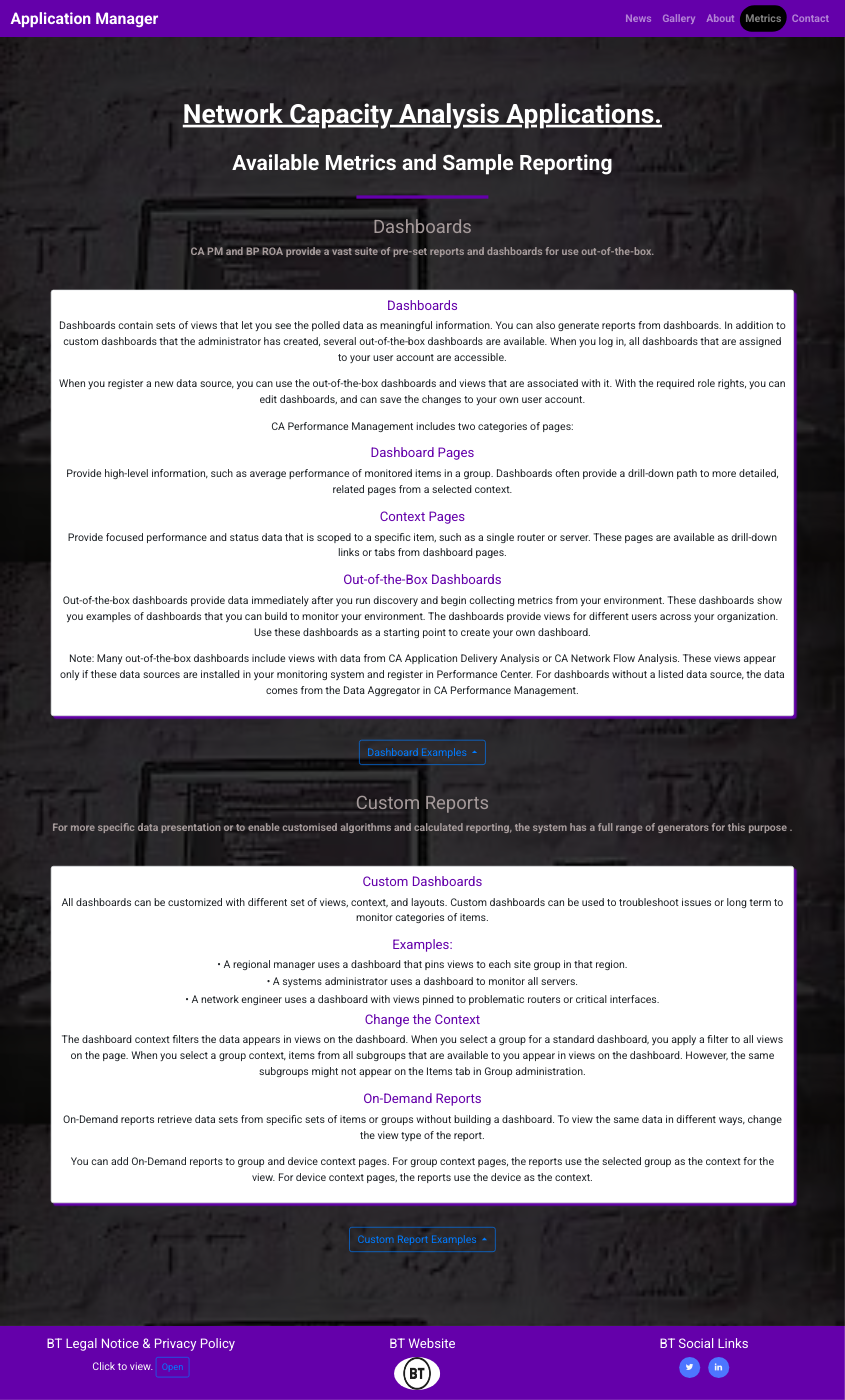
Repository: Mofarrell1967/Application-Manager
Page: metrics.html
The author's editor kept a record of every edit. The page is drawn from the files as they stood at one moment, then again after the next edit.
The browser window is 1280 px wide. The pictures show the whole page, at 66% of full size.
Backgrounds fixed to the window are drawn as part of the page. Some web libraries are served in a nearby version.

Above is the page before.

### metrics.html
<!DOCTYPE html>
<html lang="en-us">

<head>
    <meta charset="utf-8">
    <meta name="viewport" content="width=device-width, initial-scale=1.0">
    <link rel="stylesheet" href="https://maxcdn.bootstrapcdn.com/bootstrap/4.1.3/css/bootstrap.min.css">
    <link rel="stylesheet" href="https://use.fontawesome.com/releases/v5.6.1/css/all.css" integrity="sha384-gfdkjb5BdAXd+lj+gudLWI+BXq4IuLW5IT+brZEZsLFm++aCMlF1V92rMkPaX4PP" crossorigin="anonymous">
    <link rel="stylesheet" href="https://stackpath.bootstrapcdn.com/font-awesome/4.7.0/css/font-awesome.min.css" type="text/css" />
    <link href="https://fonts.googleapis.com/css?family=Roboto:400,700" rel="stylesheet">
    <link rel="stylesheet" href="assets/css/main.css" type="text/css" />
    <title>Application Manager</title>
</head>

<body>


    <!-- Nav Bar Start -->

    <nav class="navbar no-gutters fixed-top navbar-dark navbar-expand-sm">
        <a href="index.html" class="navbar-brand" data-toggle="tooltip" title="Home">Application Manager</a>
        <ul class="navbar-nav navbar-brand"></ul>

        <button class="navbar-toggler ml-auto" type="button" data-toggle="collapse" data-target="#navbarNavDropdown" aria-controls="navbarNavDropdown" aria-expanded="false">
        <span class="navbar-toggler-icon"></span></button>

        <div class="collapse navbar-collapse" id="navbarNavDropdown">
            <ul class="navbar-nav ml-auto">
                <li class="nav-item" data-toggle="collapse" data-target=".navbar-collapse.show"><a class="nav-link scroll" href="index.html#news">News</a></li>
                <li class="nav-item" data-toggle="collapse" data-target=".navbar-collapse.show"><a class="nav-link scroll" href="index.html#gallery">Gallery</a></li>
                <li class="nav-item"><a class="nav-link" href="about.html">About</a></li>
                <li class="nav-item"><a class="nav-link current" href="metrics.html">Metrics</a></li>
                <li class="nav-item"><a class="nav-link" href="contact.html">Contact</a></li>
            </ul>
        </div>
    </nav>

    <!-- Nav Bar End -->


    <!-- Jumbotron Start -->

    <div class="container-fluid callout-container">
        <div class="opaque-overlay">&nbsp;</div>
        <div class="row">
            <div class="col-12">
                <section class="callout jumbotron text-center">
                    <h1>Network Capacity Analysis Applications.</h1>
                    <h2>Available Metrics and Sample Reporting</h2>
                    <hr class="block-divider">

                    <!-- Metrics Section Start -->

                    <div class="metrics-header">

                        <h3>Dashboards</h3>
                        <p>CA PM and BP ROA provide a vast suite of pre-set reports and dashboards for use out-of-the-box.</p>
                    </div>

                    <section class="container-fluid">
                        <div class="row">
                            <div class="col border metrics-form">

                                <h5>Dashboards</h5>

                                <p>Dashboards contain sets of views that let you see the polled data as meaningful information. You can also generate reports from dashboards. In addition to custom dashboards that the administrator has created, several out-of-the-box
                                    dashboards are available. When you log in, all dashboards that are assigned to your user account are accessible.</p>
                                <p>When you register a new data source, you can use the out-of-the-box dashboards and views that are associated with it. With the required role rights, you can edit dashboards, and can save the changes to your own user account.
                                </p>
                                <p>CA Performance Management includes two categories of pages:</p>
                                <h5>Dashboard Pages</h5>
                                <p>Provide high-level information, such as average performance of monitored items in a group. Dashboards often provide a drill-down path to more detailed, related pages from a selected context.</p>
                                <h5>Context Pages</h5>
                                <p>Provide focused performance and status data that is scoped to a specific item, such as a single router or server. These pages are available as drill-down links or tabs from dashboard pages.</p>
                                <h5> Out-of-the-Box Dashboards</h5>
                                <p>Out-of-the-box dashboards provide data immediately after you run discovery and begin collecting metrics from your environment. These dashboards show you examples of dashboards that you can build to monitor your environment.
                                    The dashboards provide views for different users across your organization. Use these dashboards as a starting point to create your own dashboard.</p>
                                <p>Note: Many out-of-the-box dashboards include views with data from CA Application Delivery Analysis or CA Network Flow Analysis. These views appear only if these data sources are installed in your monitoring system and register
                                    in Performance Center. For dashboards without a listed data source, the data comes from the Data Aggregator in CA Performance Management.</p>
                            </div>
                        </div>
                    </section>

                    <div class="row">
                        <div class="col-lg">
                            <div class="btn-group dropup modal-body">
                                <a class="btn btn-outline-primary dropdown-toggle" href="#" role="button" id="dropdownMenuLink" data-toggle="dropdown" aria-haspopup="true" aria-expanded="false">
                    Dashboard Examples </a>
                                <div class="dropdown-menu" aria-labelledby="dropdownMenuLink">
                                    <a target="_blank" rel="noopener noreferrer" class="dropdown-item" href="assets/documents/dashboard/Availability.pdf">Availability Dashboard</a>
                                    <a target="_blank" rel="noopener noreferrer" class="dropdown-item" href="assets/documents/dashboard/CPU.pdf">CPU Memory Dashboard</a>
                                    <a target="_blank" rel="noopener noreferrer" class="dropdown-item" href="assets/documents/dashboard/General.pdf">General Processing</a>
                                    <a target="_blank" rel="noopener noreferrer" class="dropdown-item" href="assets/documents/dashboard/Overview.pdf">Infrastructure Overview</a>
                                    <a target="_blank" rel="noopener noreferrer" class="dropdown-item" href="assets/documents/dashboard/Status.pdf">Status Card View</a>
                                    <a target="_blank" rel="noopener noreferrer" class="dropdown-item" href="assets/documents/dashboard/Inventory.pdf">Inventory Hierarchy</a>
                                    <a target="_blank" rel="noopener noreferrer" class="dropdown-item" href="assets/documents/dashboard/Summary.pdf">Summary Metrics</a>
                                    <a target="_blank" rel="noopener noreferrer" class="dropdown-item" href="assets/documents/dashboard/Trend.pdf">Trend Dashboard</a>
                                </div>
                            </div>
                        </div>
                    </div>


                    <div class="metrics-header">
                        <h3>Custom Reports</h3>
                        <p>For more specific data presentation or to enable customised algorithms and calculated reporting, the system has a full range of generators for this purpose .</p>
                    </div>
                    <section class="container-fluid">
                        <div class="row">
                            <div class="col border metrics-form">

                                <h5>Custom Dashboards</h5>

                                <p>All dashboards can be customized with different set of views, context, and layouts. Custom dashboards can be used to troubleshoot issues or long term to monitor categories of items.</p>
                                <h5>Examples:</h5>
                                <h6>• A regional manager uses a dashboard that pins views to each site group in that region.</h6>
                                <h6>• A systems administrator uses a dashboard to monitor all servers.</h6>
                                <h6>• A network engineer uses a dashboard with views pinned to problematic routers or critical interfaces.</h6>

                                <h5>Change the Context</h5>
                                <p>The dashboard context filters the data appears in views on the dashboard. When you select a group for a standard dashboard, you apply a filter to all views on the page. When you select a group context, items from all subgroups
                                    that are available to you appear in views on the dashboard. However, the same subgroups might not appear on the Items tab in Group administration.</p>
                                <h5> On-Demand Reports</h5>
                                <p>On-Demand reports retrieve data sets from specific sets of items or groups without building a dashboard. To view the same data in different ways, change the view type of the report.</p>
                                <p>You can add On-Demand reports to group and device context pages. For group context pages, the reports use the selected group as the context for the view. For device context pages, the reports use the device as the context.</p>
                            </div>
                        </div>
                    </section>

                    <div class="row">
                        <div class="col-lg">
                            <div class="btn-group dropup modal-body">
                                <a class="btn btn-outline-primary dropdown-toggle" href="#" role="button" id="dropdownMenuLink1" data-toggle="dropdown" aria-haspopup="true" aria-expanded="false">
                    Custom Report Examples </a>
                                <div class="dropdown-menu" aria-labelledby="dropdownMenuLink1">
                                    <a target="_blank" rel="noopener noreferrer" class="dropdown-item" href="assets/documents/custom/cabi-trend.pdf">CABI Custom Trend</a>
                                    <a target="_blank" rel="noopener noreferrer" class="dropdown-item" href="assets/documents/custom/cabi-graph.pdf">CABI Custom Graph</a>
                                    <a target="_blank" rel="noopener noreferrer" class="dropdown-item" href="assets/documents/custom/cabi-situations.pdf">CABI Situations to Watch</a>
                                    <a target="_blank" rel="noopener noreferrer" class="dropdown-item" href="assets/documents/custom/bi-direction.pdf">Bi-Direction Report</a>
                                    <a target="_blank" rel="noopener noreferrer" class="dropdown-item" href="assets/documents/custom/group-interface.pdf">Group Interface Report</a>
                                    <a target="_blank" rel="noopener noreferrer" class="dropdown-item" href="assets/documents/custom/group-report.pdf">Group Report</a>
                                    <a target="_blank" rel="noopener noreferrer" class="dropdown-item" href="assets/documents/custom/multitrend.pdf">Multi-Trend Report</a>
                                </div>
                            </div>
                        </div>
                    </div>

                    <!-- Metrics Section End -->


                </section>
            </div>
        </div>
    </div>

    <!-- Jumbotron End -->


    <!-- Footer Modal Start -->


    <div class="modal" tabindex="-1" role="dialog" id="PPModal">
        <div class="modal-dialog modal-dialog-scrollable">
            <div class="modal-content">
                <div class="modal-header">
                    <h5 class="modal-title">Legal Notice & Privacy Policy</h5>
                    <button type="button" class="close" data-dismiss="modal" aria-label="Close">
          <span aria-hidden="true">&times;</span>
        </button>
                </div>
                <div class="modal-body">
                    <h3>General Disclaimer</h3>

                    <p>BT has taken every effort to ensure the content accuracy of website, but neither BT nor its contractors accept responsibility for any errors or omissions in such content.</p>
                    <p>Neither BT nor any third party who provides content to this website shall liable in respect of the content or its accuracy. You, the User, access the site and use the content, products and services at your own risk.</p>
                    <p>BT disclaims all responsibility and liability of any description including liability for negligence, incidental or consequential damages and or loss (to include loss of profits, loss of use or loss of data) suffered by any person acting
                        or refraining from acting as a result of or in connection with material on this website to include any reliance placed by such person on such material, or the viewing , use or performance of this website or its contents, whether
                        with the required authority or otherwise.
                        <p>BT may at any time revise, amend, alter or delete this information without liability.</p>
                        <p>This website is governed, interpreted and construed in accordance with the law in the Republic of Ireland, whose courts have exclusive jurisdiction over any disputes or actions arising on this website</p>
                        <h3>ComReg Code for Tariff Presentation</h3>
                        <p>BT is required to adhere to the principles set out in the ComReg Code for Tariff Presentation. This Code requires the presentation of accurate and comprehensive tariff information that is accessible to the consumer. BT complies
                            with the Code, a full copy of which can be accessed on the ComReg website.</p>
                        <h3>Privacy Notice</h3>
                        <h4>Who is BT?</h4>
                        <p> BT Communications Ireland Limited (‘BT’) is a wholly owned subsidiary of BT Group plc, and a fully integrated division of BT Major and Public Sector. BT Communications Ireland Limited, trading as BT or BT Ireland, is registered
                            in Ireland under number company registration number 141524 and its registered address is BT, Grand Canal Plaza, Upper Grand Canal Street, Dublin 4, Republic of Ireland, Tel: +353 1 432 5000 Freephone: 1800 923 222</p>
                        <h4>Why does BT have a Privacy Notice?</h4>
                        <p>At BT, we take privacy very seriously. Protecting your information and respecting your privacy is fundamental to the way we do things. If you want to know more about how we collect and use your personal information in different
                            situations, have a look at the dedicated sections of the Privacy Centre here www.btplc.com/privacycentre/index.htm</p>
                        <p>Please read the policies in the Privacy Centre along with the terms and conditions of any particular service you’re using. We may change the policies in our Privacy Centre from time to time. We’ll publish any new policies on our
                            Privacy Centre, any other relevant websites and our terms and conditions (if applicable).By visiting and browsing our website and using our services you indicate your agreement to our use of your personal information as set
                            out in this Privacy Policy. We may change our privacy policy from time to time.</p>
                        <h4>What is not covered by the Privacy notice?</h4>
                        <p>Third party sites, applications and social media, including products and services that you can link to from our websites aren’t covered by the policies in our Privacy Centre, so we urge you to be careful when you enter any personal
                            information online or use applications and social media features. You should review the privacy policy of such sites before providing your personal information. As we don’t control those third party sites and their practices,
                            we don’t accept any responsibility or liability for these sites.</p>
                        <h4>What about when I visit your websites?</h4>
                        <p>For details about information we collect when you visit our websites and the cookies we use please click the link here http://www.btplc.com/privacycentre/Onlineprivacy/index.htm.</p>
                        <h4>How can I find out what personal information BT holds about me and change it if inaccurate?</h4>
                        <p>If you want a copy of your billing information, log on to your MyBT online account or you can contact BT Ireland by phone, at Tel: 1800 924 929 or at the addresses listed below. BT Ireland, 2 Grand Canal Plaza, Upper Grand Canal
                            Street, Dublin 4.Alternatively you can contact us through our online Customer Enquiry form. (You must be the account holder to ask for this information.) If you want to see what contact information we hold about you, you can
                            also log in to your account. It’s quick and simple to access it this way. You can also ask us for a copy of the information we hold about you using our online form here. Or write to us at BT to the Data Protection Manager,
                            BT Ireland, 2 Grand Canal Plaza, Upper Grand Canal Street, Dublin 4. If you work for one of our corporate customers, please ask your employer – they’ll ask for this on your behalf. It will normally take us up to one month to
                            get back to you but could take longer (up to a further two months) if it’s a complicated request or we get a lot of requests at once. We’ll reply electronically unless you ask us to send the information by post.</p>
                </div>
                <button type="button" class="btn btn-danger" data-dismiss="modal">Close</button>
            </div>
        </div>
    </div>



    <!-- Footer Modal End -->



    <!-- Page Footer Start -->


    <footer class="container-fluid footer text-center">
        <div class="row">
            <div class="col-sm-4">
                <h5 class="uppercase">BT Legal Notice & Privacy Policy</h5>
                <p class="inline-block">
                    Click to view.
                    <button class="btn btn-sm btn-outline-primary" data-toggle="modal" data-target="#PPModal">Open</button></p>
            </div>
            <div class="d-none d-sm-block col-sm-4">
                <h5 class="uppercase">BT Website</h5>
                <a target="_blank" href="https://btireland.com/"><img src="assets/images/bt.jpg" class="rounded-circle mr-3" height=50 width=70 alt="No Image available/"></a>
            </div>
            <div class="col-sm-4">
                <h5 class="uppercase">BT Social Links</h5>
                <ul class="list-inline sm-links">
                    <li class="list-inline-item">
                        <a target="_blank" href="https://twitter.com/btinireland">
                            <i class="fa fa-twitter" aria-hidden="true"></i>
                            <span class="sr-only">Twitter</span></a>
                    </li>
                    <li class="list-inline-item">
                        <a target="_blank" href="https://www.linkedin.com/company/bt-ireland">
                            <i class="fa fa-linkedin" aria-hidden="true"></i>
                            <span class="sr-only">LinkedIn</span> </a>
                    </li>
                </ul>
            </div>
        </div>
    </footer>

    <!-- Page Footer End -->


    <!-- Script Start -->

    <script src="https://code.jquery.com/jquery-3.3.1.slim.min.js" integrity="sha384-q8i/X+965DzO0rT7abK41JStQIAqVgRVzpbzo5smXKp4YfRvH+8abtTE1Pi6jizo" crossorigin="anonymous"></script>
    <script src="https://cdnjs.cloudflare.com/ajax/libs/popper.js/1.14.3/umd/popper.min.js" integrity="sha384-ZMP7rVo3mIykV+2+9J3UJ46jBk0WLaUAdn689aCwoqbBJiSnjAK/l8WvCWPIPm49" crossorigin="anonymous"></script>
    <script src="https://stackpath.bootstrapcdn.com/bootstrap/4.1.3/js/bootstrap.min.js" integrity="sha384-ChfqqxuZUCnJSK3+MXmPNIyE6ZbWh2IMqE241rYiqJxyMiZ6OW/JmZQ5stwEULTy" crossorigin="anonymous"></script>

    <!-- Script End -->

</body>

</html>

Loaded but not shown: assets/css/main.css (316 lines, source omitted)

After the next edit:
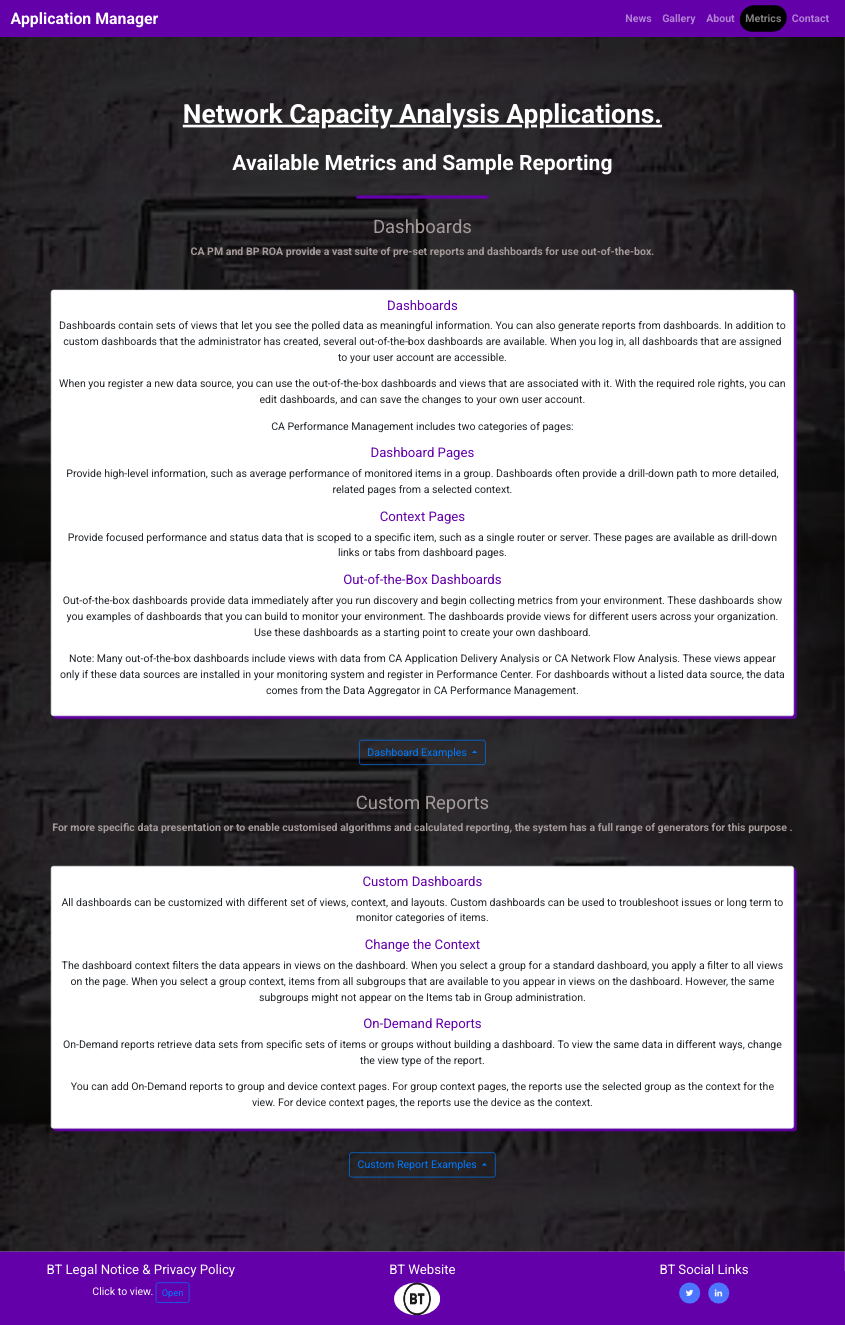
The edit:
--- a/metrics.html
+++ b/metrics.html
@@ -112,11 +112,6 @@
                                 <h5>Custom Dashboards</h5>
 
                                 <p>All dashboards can be customized with different set of views, context, and layouts. Custom dashboards can be used to troubleshoot issues or long term to monitor categories of items.</p>
-                                <h5>Examples:</h5>
-                                <h6>• A regional manager uses a dashboard that pins views to each site group in that region.</h6>
-                                <h6>• A systems administrator uses a dashboard to monitor all servers.</h6>
-                                <h6>• A network engineer uses a dashboard with views pinned to problematic routers or critical interfaces.</h6>
-
                                 <h5>Change the Context</h5>
                                 <p>The dashboard context filters the data appears in views on the dashboard. When you select a group for a standard dashboard, you apply a filter to all views on the page. When you select a group context, items from all subgroups
                                     that are available to you appear in views on the dashboard. However, the same subgroups might not appear on the Items tab in Group administration.</p>
